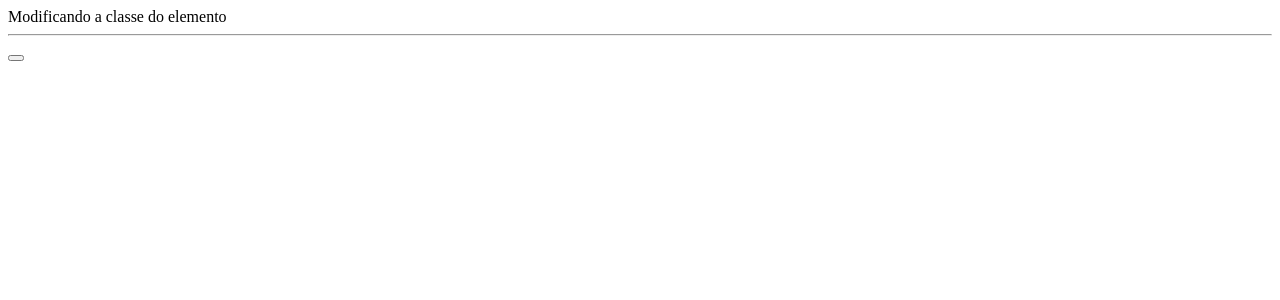
Repository: TeoNogueira/Aulas-Udemy-DevFull-Stack-Por-Jamilton-Damasceno-e-Jorge-Sant-Ana-
Page: public_project/JavaScript/DOM_Manipulation_2.html
The author's editor kept a copy of each file at every save. The page is drawn from the files as they stood at one save, then again after a run of saves.
The browser window is 1280 px wide. The pictures show the whole page.

Above is the page before, as saved 2020-10-27 22:00:21.

After the next 2 saves:
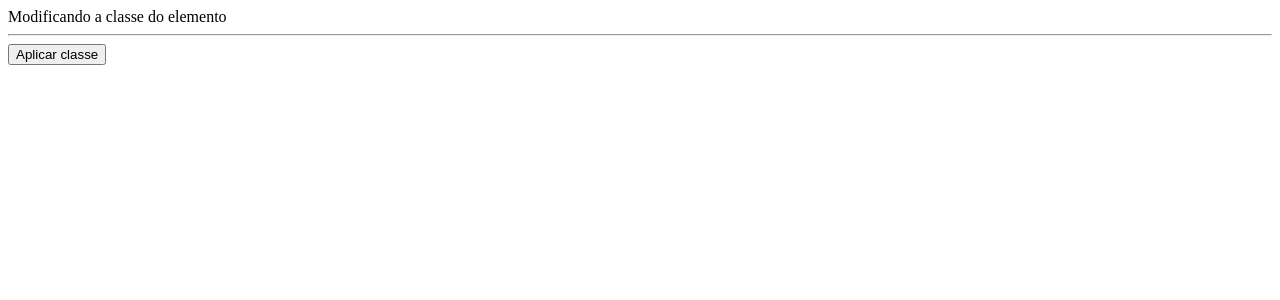
The 2 saves are shown as one change because they came seconds apart.
The last was saved 10 s later.
--- a/public_project/JavaScript/DOM_Manipulation_2.html
+++ b/public_project/JavaScript/DOM_Manipulation_2.html
@@ -45,7 +45,7 @@
 <hr />
 
 
-<button type="button"></button>
+<button type="button">Aplicar classe</button>
 
 
 
